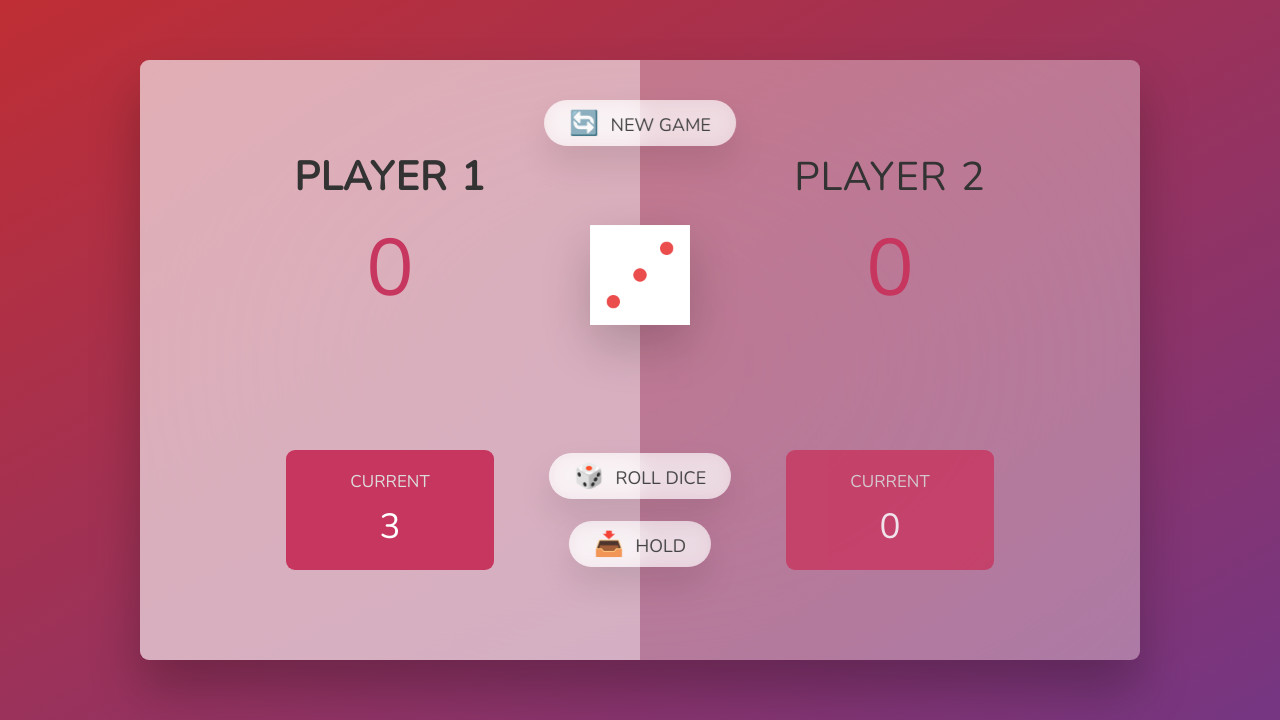
Repository: zeinawady/Jonas-Js-Course-Projects
Page: Roll Dice Game/index.html
The author's editor kept a copy of each file at every save. The page is drawn from the files as they stood at one save, then again after the next save.
The browser window is 1280 px wide. The pictures show the whole page.
After loading, the first visible `button.btn--roll` was clicked once.

Above is the page before, as saved 2024-11-25 19:39:27.

### Roll Dice Game/index.html
<!DOCTYPE html>
<html lang="en">
  <head>
    <meta charset="UTF-8" />
    <meta name="viewport" content="width=device-width, initial-scale=1.0" />
    <meta http-equiv="X-UA-Compatible" content="ie=edge" />
    <link rel="stylesheet" href="style.css" />
    <title>Pig Game</title>
  </head>
  <body>
    <main>
      <section class="player player--0 player--active">
        <h2 class="name" id="name--0">Player 1</h2>
        <p class="score" id="score--0">43</p>
        <div class="current">
          <p class="current-label">Current</p>
          <p class="current-score" id="current--0">0</p>
        </div>
      </section>
      <section class="player player--1">
        <h2 class="name" id="name--1">Player 2</h2>
        <p class="score" id="score--1">24</p>
        <div class="current">
          <p class="current-label">Current</p>
          <p class="current-score" id="current--1">0</p>
        </div>
      </section>

      <img src="images/dice-5.png" alt="Playing dice" class="dice" />
      <button class="btn btn--new">🔄 New game</button>
      <button class="btn btn--roll">🎲 Roll dice</button>
      <button class="btn btn--hold">📥 Hold</button>
    </main>
    <script src="script.js"></script>
  </body>
</html>

### Roll Dice Game/style.css
@import url('https://fonts.googleapis.com/css2?family=Nunito&display=swap');

* {
  margin: 0;
  padding: 0;
  box-sizing: inherit;
}

html {
  font-size: 62.5%;
  box-sizing: border-box;
}

body {
  font-family: 'Nunito', sans-serif;
  font-weight: 400;
  height: 100vh;
  color: #333;
  background-image: linear-gradient(to top left, #753682 0%, #bf2e34 100%);
  display: flex;
  align-items: center;
  justify-content: center;
}

/* LAYOUT */
main {
  position: relative;
  width: 100rem;
  height: 60rem;
  background-color: rgba(255, 255, 255, 0.35);
  backdrop-filter: blur(200px);
  filter: blur();
  box-shadow: 0 3rem 5rem rgba(0, 0, 0, 0.25);
  border-radius: 9px;
  overflow: hidden;
  display: flex;
}

.player {
  flex: 50%;
  padding: 9rem;
  display: flex;
  flex-direction: column;
  align-items: center;
  transition: all 0.75s;
}

/* ELEMENTS */
.name {
  position: relative;
  font-size: 4rem;
  text-transform: uppercase;
  letter-spacing: 1px;
  word-spacing: 2px;
  font-weight: 300;
  margin-bottom: 1rem;
}

.score {
  font-size: 8rem;
  font-weight: 300;
  color: #c7365f;
  margin-bottom: auto;
}

.player--active {
  background-color: rgba(255, 255, 255, 0.4);
}
.player--active .name {
  font-weight: 700;
}
.player--active .score {
  font-weight: 400;
}

.player--active .current {
  opacity: 1;
}

.current {
  background-color: #c7365f;
  opacity: 0.8;
  border-radius: 9px;
  color: #fff;
  width: 65%;
  padding: 2rem;
  text-align: center;
  transition: all 0.75s;
}

.current-label {
  text-transform: uppercase;
  margin-bottom: 1rem;
  font-size: 1.7rem;
  color: #ddd;
}

.current-score {
  font-size: 3.5rem;
}

/* ABSOLUTE POSITIONED ELEMENTS */
.btn {
  position: absolute;
  left: 50%;
  transform: translateX(-50%);
  color: #444;
  background: none;
  border: none;
  font-family: inherit;
  font-size: 1.8rem;
  text-transform: uppercase;
  cursor: pointer;
  font-weight: 400;
  transition: all 0.2s;

  background-color: white;
  background-color: rgba(255, 255, 255, 0.6);
  backdrop-filter: blur(10px);

  padding: 0.7rem 2.5rem;
  border-radius: 50rem;
  box-shadow: 0 1.75rem 3.5rem rgba(0, 0, 0, 0.1);
}

.btn::first-letter {
  font-size: 2.4rem;
  display: inline-block;
  margin-right: 0.7rem;
}

.btn--new {
  top: 4rem;
}
.btn--roll {
  top: 39.3rem;
}
.btn--hold {
  top: 46.1rem;
}

.btn:active {
  transform: translate(-50%, 3px);
  box-shadow: 0 1rem 2rem rgba(0, 0, 0, 0.15);
}

.btn:focus {
  outline: none;
}

.dice {
  position: absolute;
  left: 50%;
  top: 16.5rem;
  transform: translateX(-50%);
  height: 10rem;
  box-shadow: 0 2rem 5rem rgba(0, 0, 0, 0.2);
}

.player--winner {
  background-color: #2f2f2f;
}

.player--winner .name {
  font-weight: 700;
  color: #c7365f;
}
.hidden{
  display: none;
}

### Roll Dice Game/script.js
'use strict';

//selectiong elements
const scoreElement0 = document.getElementById('score--0');
const scoreElement1 = document.getElementById('score--1');
const currentElement0 = document.getElementById('current--0');
const currentElement1 = document.getElementById('current--1');
const playerElement0=document.querySelector('.player--0');
const playerElement1=document.querySelector('.player--1');
const diceElement = document.querySelector('.dice');
const rollBtn = document.querySelector('.btn--roll');
const newBtn = document.querySelector('btn--new');
const holdBtn = document.querySelector('btn--hold');

let scores=[0,0];
let activePlayer=0;
let currentPlayer=0;

//start conditions
scoreElement0.textContent = 0;
scoreElement1.textContent = 0;
diceElement.classList.add('hidden');

let currentScore = 0;

//roll dice
rollBtn.addEventListener('click', function () {
  //1. generate a random dice number
  const diceNum = Math.trunc(Math.random() * 6) + 1;

  //2.display dice img
  diceElement.classList.remove('hidden');
  diceElement.src = `images/dice-${diceNum}.png`;

  //3.check if 1
  if (diceNum !== 1) {
    currentScore += diceNum;
    document.getElementById(`current--${activePlayer}`).textContent=currentScore;

} else {
      //switch to the other player
    document.getElementById(`current--${activePlayer}`).textContent=0;
      activePlayer= (activePlayer===0 ) ? 1:0;
      console.log(activePlayer);
      currentScore=0;
      //if it is added it will be removed
      playerElement0.classList.toggle('player--active');
      playerElement1.classList.toggle('player--active');

  }
});

After the next save:
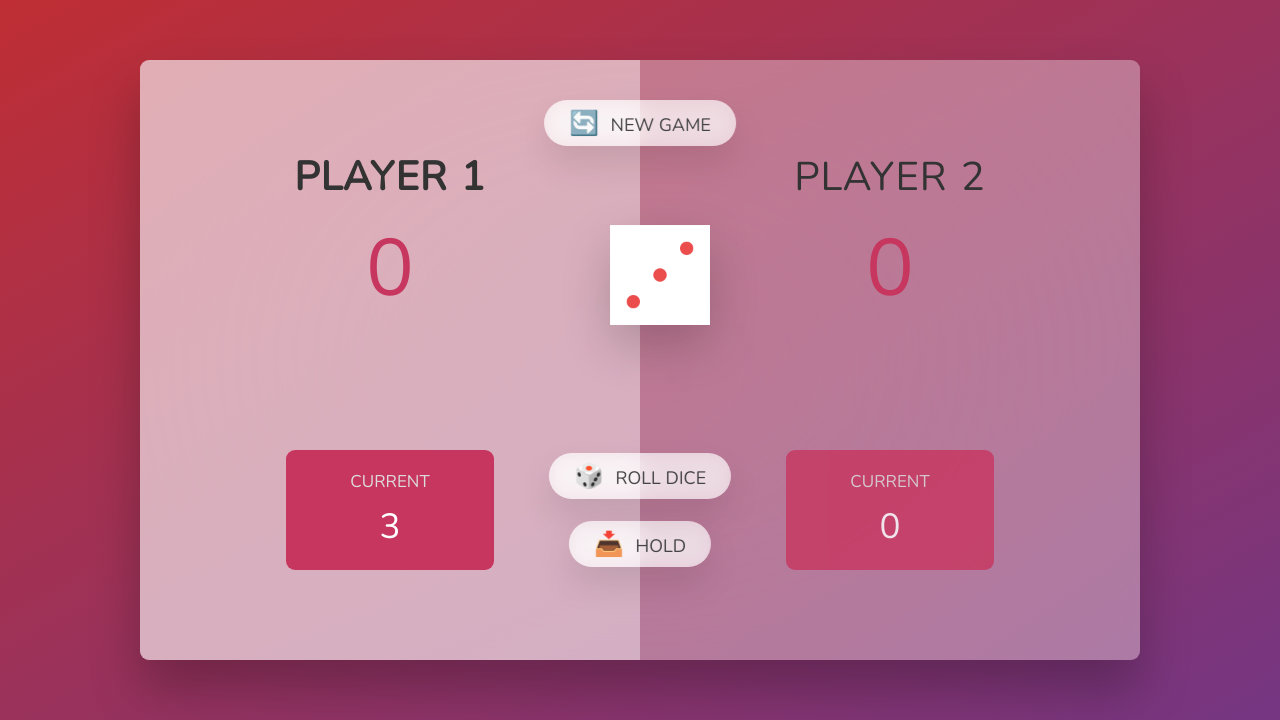
Saved 9 s later.
--- a/Roll Dice Game/style.css
+++ b/Roll Dice Game/style.css
@@ -152,7 +152,7 @@
   position: absolute;
   left: 50%;
   top: 16.5rem;
-  transform: translateX(-50%);
+  transform: translateX(-30%);
   height: 10rem;
   box-shadow: 0 2rem 5rem rgba(0, 0, 0, 0.2);
 }

After the 2 saves that followed:
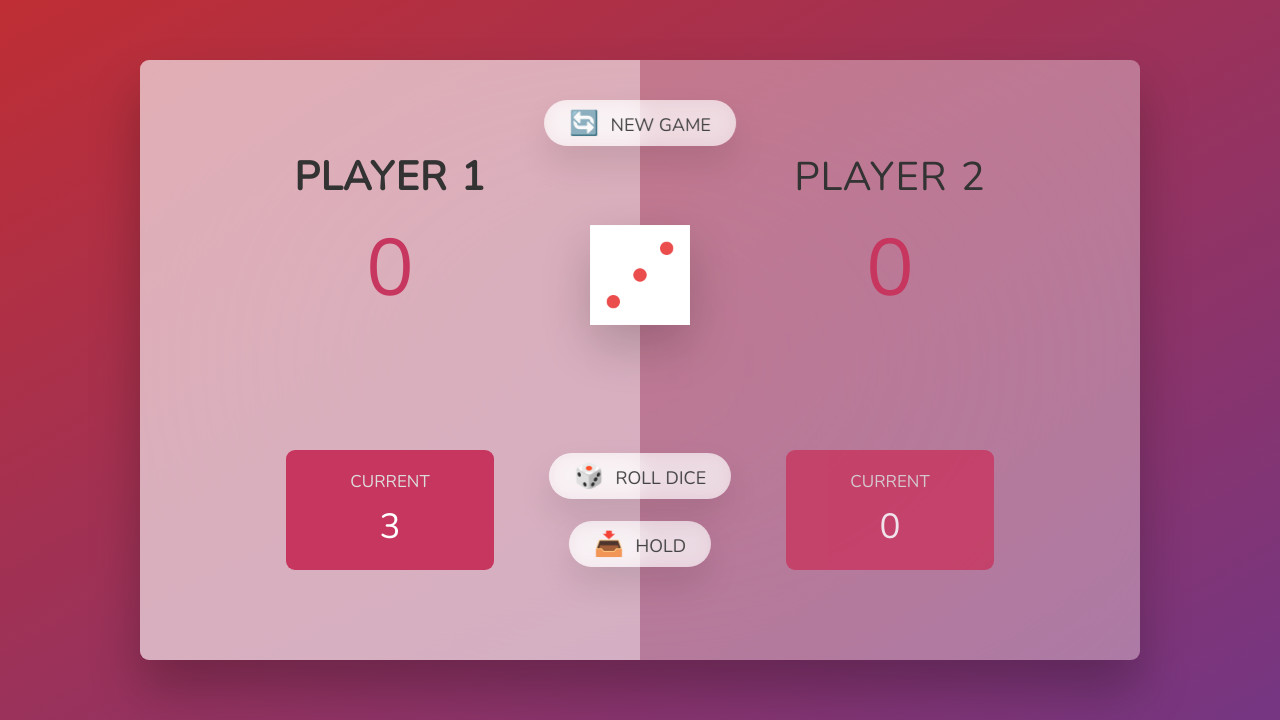
The 2 saves are shown as one change because they came seconds apart.
The last was saved 7 s later.
--- a/Roll Dice Game/style.css
+++ b/Roll Dice Game/style.css
@@ -152,7 +152,7 @@
   position: absolute;
   left: 50%;
   top: 16.5rem;
-  transform: translateX(-30%);
+  transform: translateX(-50%);
   height: 10rem;
   box-shadow: 0 2rem 5rem rgba(0, 0, 0, 0.2);
 }
